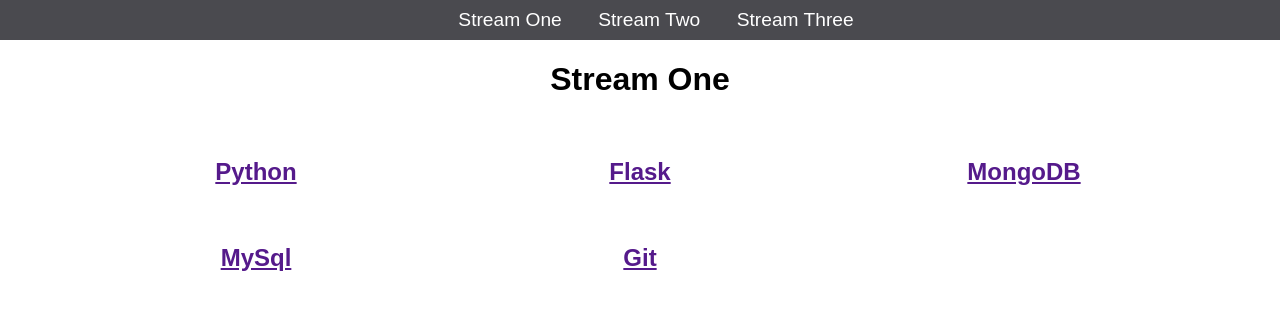
Repository: ElaineArchbold/my-first-website
Page: stream-two.html
The author's editor kept a record of every edit. The page is drawn from the files as they stood at one moment, then again after the next edit.
The browser window is 1280 px wide. The pictures show the whole page.

Above is the page before.

### stream-two.html
<!DOCTYPE html>
<html>
    <head>
        <title>Hello World</title>
        <link rel="stylesheet" href="css/style.css" type="text/css" />
    </head>
    <body>
       <nav>
           <ul>
               <li><a href="stream-one.html">Stream One</a></li>
               <li><a href="stream-two.html">Stream Two</a></li>
                <li><a href="stream-three.html">Stream Three</a></li>

           </ul>

       </nav>

          <h1>Stream One</h1>


          <div class="card">
            <a href=""><img src=""><h2>Python</h2>
        </div>

          <div class="card">
            <a href=""><img src=""><h2>Flask</h2>
        </div>

          <div class="card">
            <a href=""><img src=""><h2>MongoDB<h2>
        </div>

         <div class="card">
            <a href=""><img src=""><h2>MySql</h2>
        </div>

        <div class="card">
            <a href=""><img src=""><h2>Git</h2>
        </div>


    </body>

</html>

### css/style.css
body{
    margin: 0;
    padding: 0;
    font-family: 'Oswald', sans-serif;

}

nav ul {
    list-style: none;
    background-color: #4a4a4f;
    text-align: center;
    margin: 0;
    padding: 0;
}

nav li {
    font-size: 1.2em;
    line-height: 40px;
    height: 40px;
    display: inline-block;
    margin-left: 2.5%;

}

nav a {
    text-decoration: none;
    color: #ffffff;
    display: block;
}

nav a:hover {
    background-color: #ffffff;
    color: #4a4a4f;
}
.card{
    float: left;
    width: 20%;
    margin-left: 10%;
}

.card a {
    text-align: center;
}

img {
    width: 100%;

}

h2{
    text-align: center;
}

h1 {

    text-align:center;
}

After the next edit:
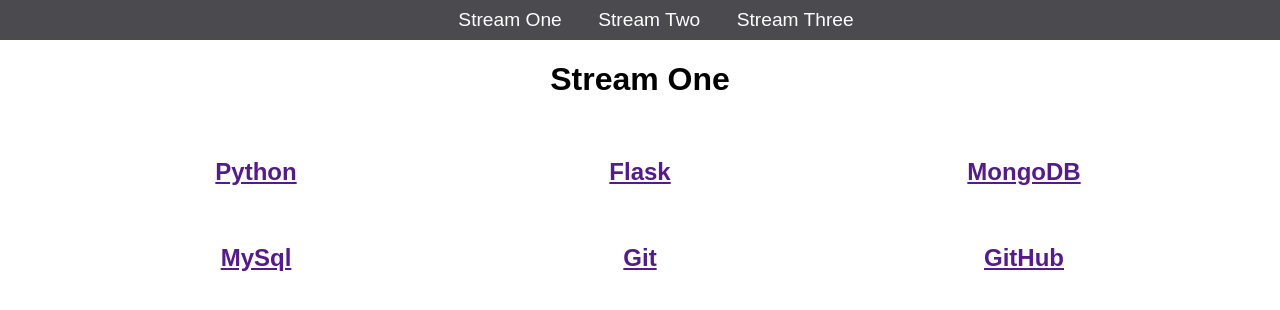
The edit:
--- a/stream-two.html
+++ b/stream-two.html
@@ -38,6 +38,9 @@
             <a href=""><img src=""><h2>Git</h2>
         </div>
 
+        <div class="card">
+            <a href=""><img src=""><h2>GitHub</h2>
+        </div>
 
     </body>
 
